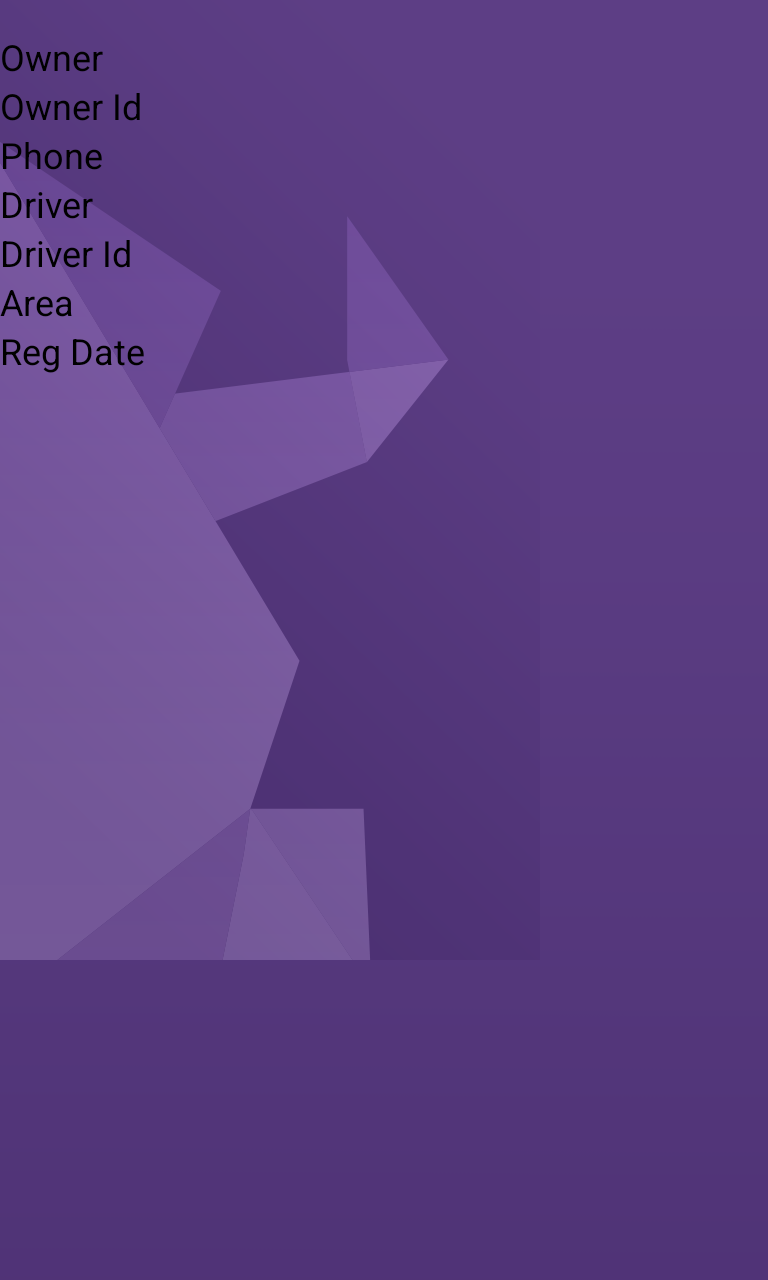
Repository: walteranyika/personal
Layout: PikiPiki/res/layout/activity_details.xml
The author's editor kept a copy of each file at every save. The layout is drawn from the files as they stood at one save, then again after the next save.
It is drawn on a 768 x 1280 px phone screen (xhdpi) without system bars, with theme AppTheme; the app's code is not run.

Above is the layout before, as saved 2015-11-06 07:25:48.

After the next save:
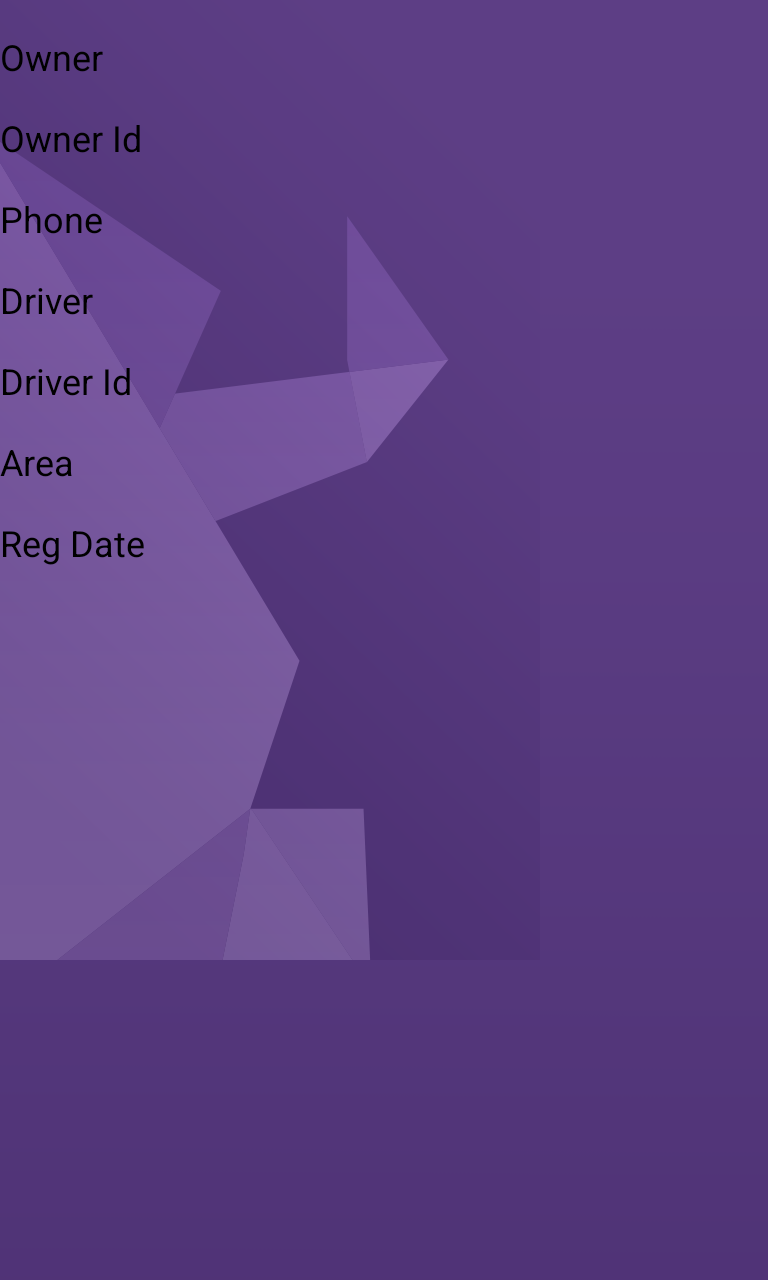
Saved 50 s later.
--- a/PikiPiki/res/layout/activity_details.xml
+++ b/PikiPiki/res/layout/activity_details.xml
@@ -42,7 +42,8 @@
         android:layout_width="fill_parent"
         android:layout_height="wrap_content"
         android:layout_alignParentLeft="true"
-        android:layout_below="@+id/linearLayout1" >
+        android:layout_below="@+id/linearLayout1"
+        android:layout_marginTop="16dp" >
 
         <TextView
             android:id="@+id/TextView01"
@@ -66,7 +67,8 @@
         android:layout_width="fill_parent"
         android:layout_height="wrap_content"
         android:layout_alignParentLeft="true"
-        android:layout_below="@+id/LinearLayout01" >
+        android:layout_below="@+id/LinearLayout01"
+        android:layout_marginTop="16dp" >
 
         <TextView
             android:id="@+id/TextView03"
@@ -90,7 +92,8 @@
         android:layout_width="fill_parent"
         android:layout_height="wrap_content"
         android:layout_alignParentLeft="true"
-        android:layout_below="@+id/LinearLayout02" >
+        android:layout_below="@+id/LinearLayout02"
+        android:layout_marginTop="16dp" >
 
         <TextView
             android:id="@+id/TextView05"
@@ -114,7 +117,8 @@
         android:layout_width="fill_parent"
         android:layout_height="wrap_content"
         android:layout_alignParentLeft="true"
-        android:layout_below="@+id/LinearLayout03" >
+        android:layout_below="@+id/LinearLayout03"
+        android:layout_marginTop="16dp" >
 
         <TextView
             android:id="@+id/TextView07"
@@ -138,7 +142,8 @@
         android:layout_width="fill_parent"
         android:layout_height="wrap_content"
         android:layout_alignParentLeft="true"
-        android:layout_below="@+id/LinearLayout04" >
+        android:layout_below="@+id/LinearLayout04"
+        android:layout_marginTop="16dp">
 
         <TextView
             android:id="@+id/TextView09"
@@ -162,7 +167,8 @@
         android:layout_width="fill_parent"
         android:layout_height="wrap_content"
         android:layout_alignParentLeft="true"
-        android:layout_below="@+id/LinearLayout05" >
+        android:layout_below="@+id/LinearLayout05"
+        android:layout_marginTop="16dp" >
 
         <TextView
             android:id="@+id/TextView11"
